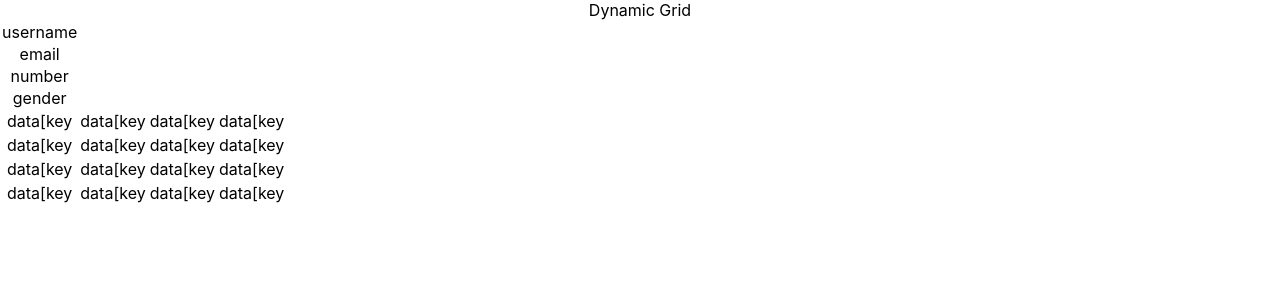
Repository: mayank-tavisca/dynamic-grids
Page: /
These files come from the project's save history. The page is drawn as it stood at one moment and after the next save; the edit follows.
The browser window is 1280 px wide. The pictures show the whole page.
The project was rebuilt for these pictures with package versions that can differ from the ones it lists, and the page was loaded fresh each time.

Above is the page before, as saved 2020-02-03 18:24:42.

After the next save:
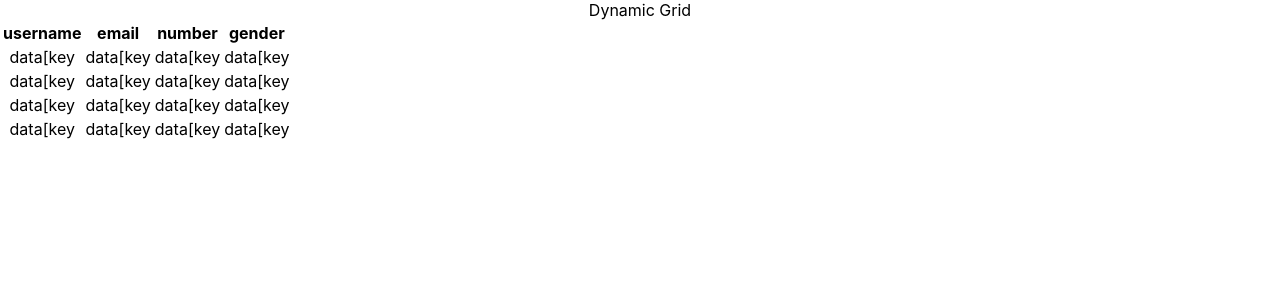
Saved 85 s later.
--- a/src/dynamic-grid/dynamicGrid.tsx
+++ b/src/dynamic-grid/dynamicGrid.tsx
@@ -43,7 +43,7 @@ const DynamicGrid: React.FC<IProps> = ({ data }) => {
 
   const renderHeader = () => {
     return tableConfig.headerData.map((item: any) => {
-      return <thead>{item}</thead>;
+      return <th>{item}</th>;
     });
   };
 
@@ -63,7 +63,7 @@ const DynamicGrid: React.FC<IProps> = ({ data }) => {
     <div>
       Dynamic Grid
       <table>
-        {renderHeader()}
+        <thead>{renderHeader()}</thead>
         {renderData()}
       </table>
     </div>
